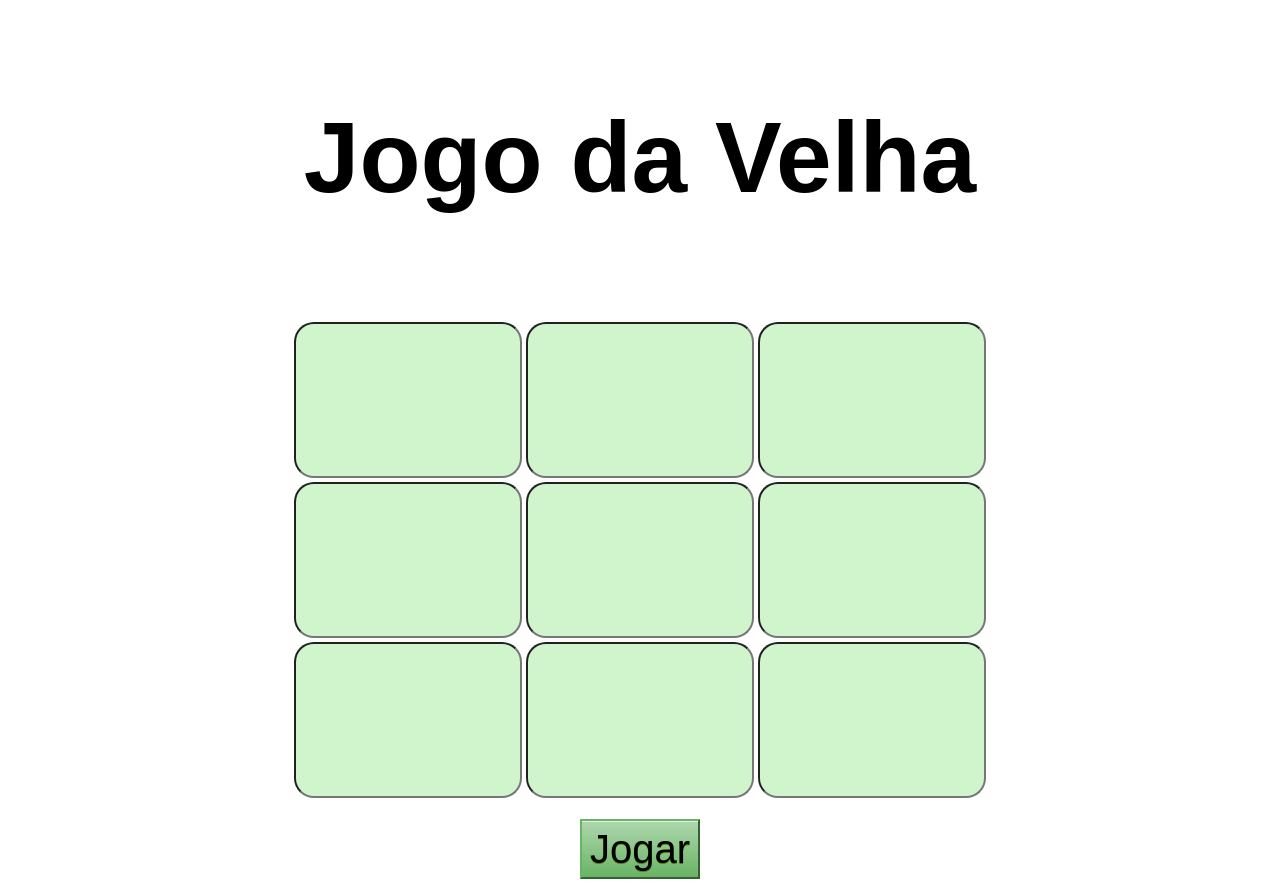
Repository: heitorAlbu/Jogodavelha
Page: Jogo/WebContent/Home.html
The author's editor kept a copy of each file at every save. The page is drawn from the files as they stood at one save, then again after the next save.
The browser window is 1280 px wide. The pictures show the whole page.

Above is the page before, as saved 2020-06-06 16:02:45.
Console error: TypeError: Cannot read properties of undefined (reading 'addEventListener')

### Jogo/WebContent/Home.html
<!DOCTYPE html>
<html>
<head>
<meta charset="ISO-8859-1">
<title>Jogo da  Velha </title>

<style>
.selecionadoPc{
color:red;
}
h3{
	font-size: 100px;
	font-family: Arial, Helvetica, sans-serif;
}
input{
	border-radius:20px;
	background: #d0f5cd;
	width: 220px;
	height: 150px;
	font-size:100px;
}
button{
	font-size: 40px;
	border-color:#68b465;
	background:linear-gradient(to bottom, #abd5aa 5%, #68b465  100%);
	box-shadow:inset 0px 1px 0px 0px #e3f1e3;
	text-shadow:0px 1px 0px #528009;
	width: 120px;
	height: 60px;
}
</style>

</head>
<body>
	<center>
		<h3 class="t1">Jogo da Velha</h3>
		<form action="/Jogo/JogoDaVelhaServlet" method="get">
			<table>
		<thead>
			<tr>
				<th></th>
				<th></th>
				<th></th>
			</tr>
		</thead>
		<tbody>
		<tr>
			<td><input type="text" name="0x0" id="0x0" style="text-align: center;" autocomplete="off" readonly></td>
			<td><input type="text" name="0x1" id="0x1" style="text-align: center;" autocomplete="off" readonly></td>
			<td><input type="text" name="0x2" id="0x2" style="text-align: center;" autocomplete="off" readonly></td>
		</tr>

		<tr>
			<td><input type="text" name="1x0" id="1x0" style="text-align: center;" autocomplete="off" readonly></td>
			<td><input type="text" name="1x1" id="1x1" style="text-align: center;" autocomplete="off" readonly></td>
			<td><input type="text" name="1x2" id="1x2" style="text-align: center;" autocomplete="off" readonly></td>
		</tr>
		<tr>
			<td><input type="text" name="2x0" id="2x0" style="text-align: center;" autocomplete="off" readonly></td>
			<td><input type="text" name="2x1" id="2x1" style="text-align: center;" autocomplete="off" readonly></td>
			<td><input type="text" name="2x2" id="2x2" style="text-align: center;" autocomplete="off" readonly></td>
		</tr>
		</tbody>
	</table>
	<br>
	<button type="submit">Jogar</button>
	</form>
	</center>
	<script type="text/javascript">
	//var  t1 = document.getElementsByClassName("t1");
	var  celulas = document.getElementsByTagName("input")
	var clickFlag = "";
			for(var index = 0; 1 < celulas.length; index ++){
				celulas[index].addEventListener("click", function(){
					var elemento = document.getElementById(this.id);
					if(!elemento.classList.contains("selecionado") && (!elemento.classList.contains("selecionadoPc"))){
						elemento.value = "X";
						this.classList.add("selecionado")
					}else{
						this.classList.remove('selecionado')
						elemento.value = "";
					}
						clickFlag = "click";
				})
				celulas[index].addEventListener("mouseover", function(){
					var elemento = document.getElementById(this.id);
					if(!elemento.classList.contains("selecionadoPc")){
						elemento.value = 'X';
						clickFlag = "";
					}
				})
				celulas[index].addEventListener("mouseleave", function(){
					var elemento = document.getElementById(this.id);
					if(!elemento.classList.contains('selecionado')){
						if(!clickFlag == "click" || clickFlag == ""){
						elemento.value = "";
						}
					}
				})
			}
	</script>
</body>
</html>

After the next save:
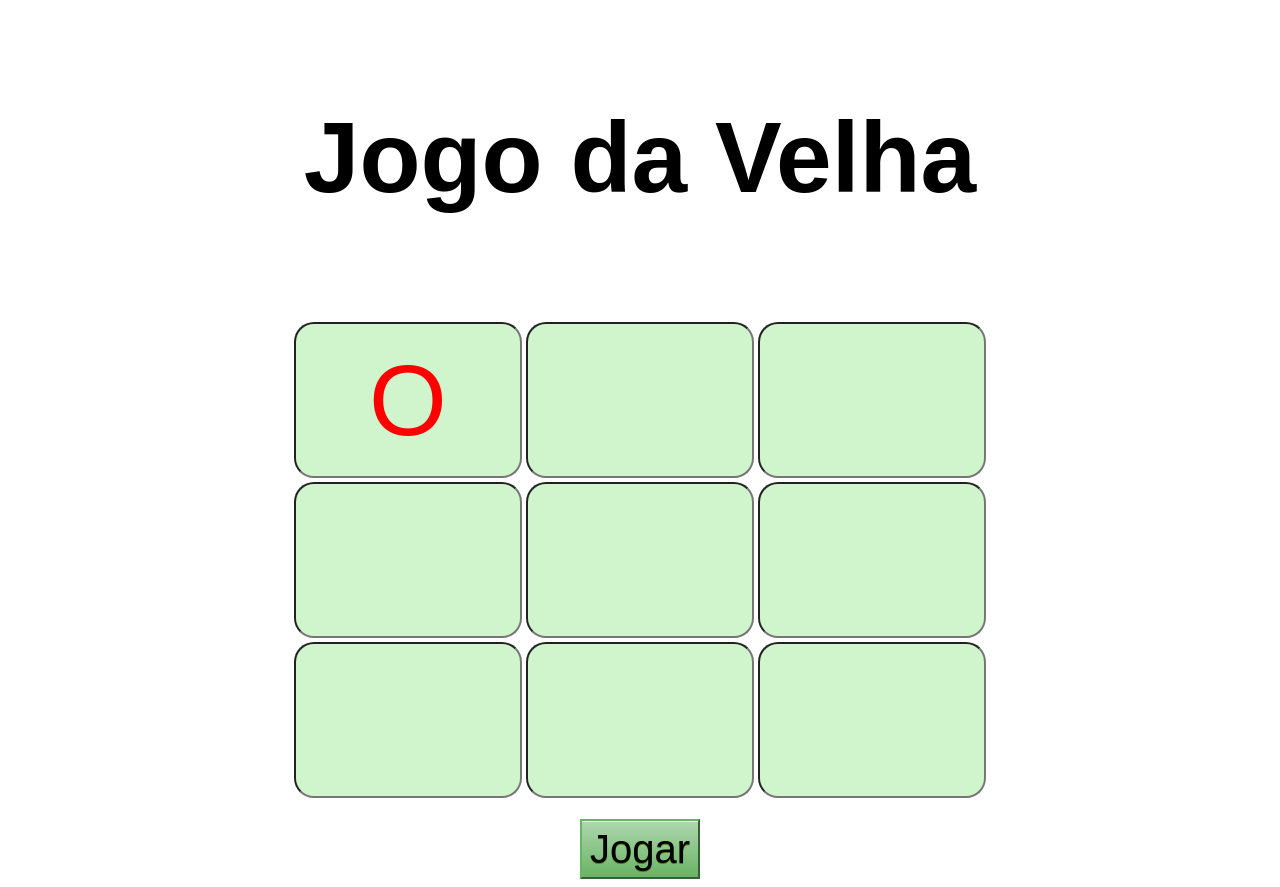
Saved 4 h 55 min later.
--- a/Jogo/WebContent/Home.html
+++ b/Jogo/WebContent/Home.html
@@ -45,7 +45,7 @@
 		</thead>
 		<tbody>
 		<tr>
-			<td><input type="text" name="0x0" id="0x0" style="text-align: center;" autocomplete="off" readonly></td>
+			<td><input type="text" name="0x0" id="0x0" style="text-align: center;" value="O" autocomplete="off" readonly></td>
 			<td><input type="text" name="0x1" id="0x1" style="text-align: center;" autocomplete="off" readonly></td>
 			<td><input type="text" name="0x2" id="0x2" style="text-align: center;" autocomplete="off" readonly></td>
 		</tr>
@@ -64,19 +64,41 @@
 	</table>
 	<br>
 	<button type="submit">Jogar</button>
+
+	<input type="text" name="vazio" id="vazio" value="vazio" style="text-align: center;" autocomplete="off" readonly hidden>
 	</form>
 	</center>
 	<script type="text/javascript">
-	//var  t1 = document.getElementsByClassName("t1");
-	var  celulas = document.getElementsByTagName("input")
+	var t1 = document.getElementsByClassName("t1");
+	var celulas = document.getElementsByTagName("input")
 	var clickFlag = "";
+	var ultimajogada = "" ;
+		window.onload = function(){
+			ultimajogada = document.getElementById("vazio");
+			var t = "";
+			for(var i = 0; 1 < celulas.length; i ++){
+				if(celulas[i].value == "O"){
+					celulas[i].classList.add("selecionadoPc");
+				}
+			}
+		}
 			for(var index = 0; 1 < celulas.length; index ++){
 				celulas[index].addEventListener("click", function(){
+
 					var elemento = document.getElementById(this.id);
+					if(ultimajogada.id !== elemento.id && !this.classList.contains("selecionadoPc")){
+						ultimajogada.classList.remove("selecionado");
+						ultimajogada.value = "";
+						ultimajogada = elemento;
+					}
 					if(!elemento.classList.contains("selecionado") && (!elemento.classList.contains("selecionadoPc"))){
+
 						elemento.value = "X";
 						this.classList.add("selecionado")
-					}else{
+					}
+					else if(elemento.classList.contains("selecionadoPc")){
+					}
+					else{
 						this.classList.remove('selecionado')
 						elemento.value = "";
 					}
@@ -84,14 +106,14 @@
 				})
 				celulas[index].addEventListener("mouseover", function(){
 					var elemento = document.getElementById(this.id);
-					if(!elemento.classList.contains("selecionadoPc")){
+					if(!elemento.classList.contains("selecionado") && (!elemento.classList.contains("selecionadoPc"))){
 						elemento.value = 'X';
 						clickFlag = "";
 					}
 				})
 				celulas[index].addEventListener("mouseleave", function(){
 					var elemento = document.getElementById(this.id);
-					if(!elemento.classList.contains('selecionado')){
+					if(!elemento.classList.contains("selecionado") && (!elemento.classList.contains("selecionadoPc"))){
 						if(!clickFlag == "click" || clickFlag == ""){
 						elemento.value = "";
 						}

After the save that followed:
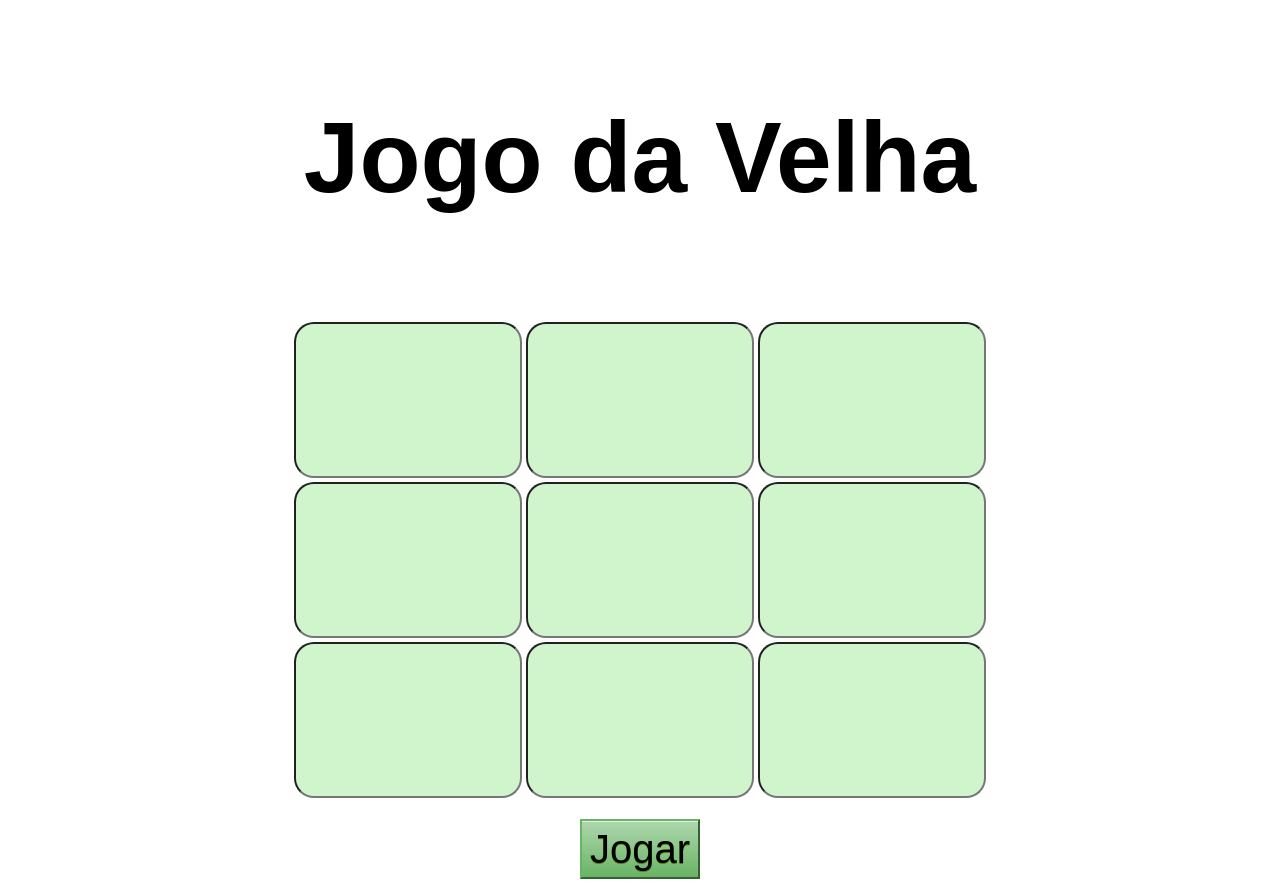
Saved 2 min 0 s later.
--- a/Jogo/WebContent/Home.html
+++ b/Jogo/WebContent/Home.html
@@ -45,7 +45,7 @@
 		</thead>
 		<tbody>
 		<tr>
-			<td><input type="text" name="0x0" id="0x0" style="text-align: center;" value="O" autocomplete="off" readonly></td>
+			<td><input type="text" name="0x0" id="0x0" style="text-align: center;" autocomplete="off" readonly></td>
 			<td><input type="text" name="0x1" id="0x1" style="text-align: center;" autocomplete="off" readonly></td>
 			<td><input type="text" name="0x2" id="0x2" style="text-align: center;" autocomplete="off" readonly></td>
 		</tr>
